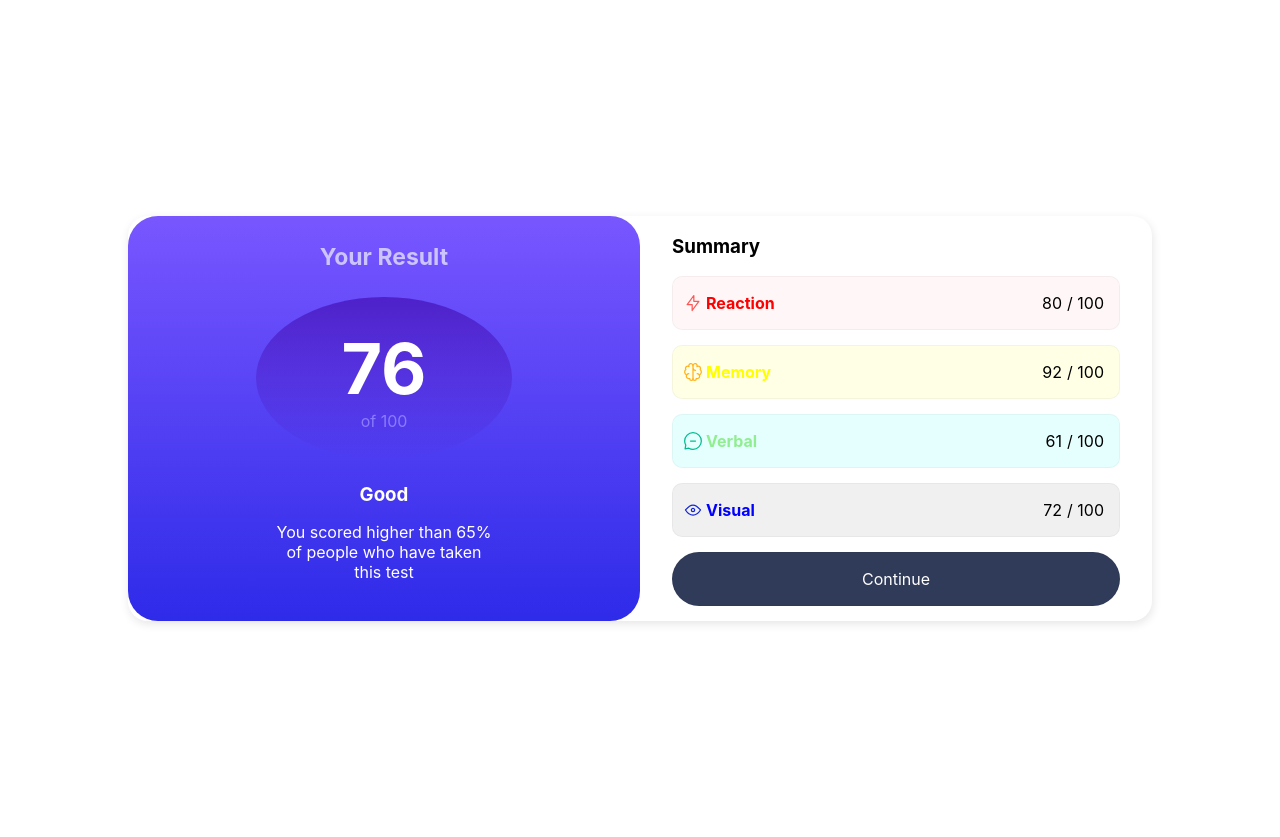
Repository: JeanPaulBassil/Result-Summary-Design
Page: /
An editor plug-in stored every save of this project. The page is shown before and after the next save, followed by the edit.
The browser window is 1280 px wide. The pictures show the whole page.
The project was rebuilt for these pictures with package versions that can differ from the ones it lists, and the page was loaded fresh each time.

Above is the page before, as saved 2023-02-24 18:23:19.

### src/index.css
body {
  margin: 0;
  font-family: -apple-system, BlinkMacSystemFont, 'Segoe UI', 'Roboto', 'Oxygen',
    'Ubuntu', 'Cantarell', 'Fira Sans', 'Droid Sans', 'Helvetica Neue',
    sans-serif;
  -webkit-font-smoothing: antialiased;
  -moz-osx-font-smoothing: grayscale;
}

code {
  font-family: source-code-pro, Menlo, Monaco, Consolas, 'Courier New',
    monospace;
}

.app{
  width: 80vw;
  height: 100vh;
  box-shadow: 1px 3px 10px rgba(0, 0, 0, .1);
  border-radius: 20px;
  display: block;
  margin: 30vh auto;
  display: grid;
  grid-template-columns: 1fr 1fr;
  height: auto;
}

@media (max-width: 1125){

}

### src/App.js
import Result from "./Components/Result/Result"
import Summary from "./Components/Summary/Summary"

export default function App() {
    return (
        <div className="app">
            <Result />
            <Summary />
        </div>
    )
};

### src/Components/Result/Result.js
import Description from "../Description/Description";
import Grade from "../Grade/Grade";
import data from "../../data.json";
import "./Result.css"

export default function Result() {
    const score = Math.floor(data.reduce((totalGrade, category) => totalGrade + category.score , 0) / data.length)

    return (
        <div className="result">
            <h3>Your Result</h3>
            <Grade score={score}/>
            <Description score={score}/>
        </div>
    )
};

### src/Components/Summary/Summary.js
import data from "../../data.json"
import './Summary.css'

export default function Summary() {
    const summary = data.map(part => {
        return (
            <div className={`part ${part.color}`}>
                <div>
                    <img className="icon" src={part.icon} alt={part.category}/>
                    <h4>{part.category}</h4>
                </div>
                <div className="secGrade">
                    <p>{part.score}</p>
                    <p>/ 100</p>
                </div>
            </div>
        )
    })

    return (
        <div className="summary">
            <h3>Summary</h3>
            <div>
                {summary}
            </div>
            <div className="button">
                <p>Continue</p>
            </div>
        </div>
    )
};

### src/Components/Description/Description.js
import "./Description.css"

export default function Description({score}) {
    const performance = _ => {
        if (score >= 90) return ['Excellent', `You scored higher than 85% of people who have taken this test`]
        else if (score >= 80) return ['Great', `You scored higher than 75% of people who have taken this test`]
        else if (score >= 70) return ['Good', `You scored higher than 65% of people who have taken this test`]
        else if (score >= 60) return ['Not enough', `You're above nearly half the people who have taken this test`]
        else return ['Fail', `Most people who have taken this test passed over you`]
    }

    return (
        <div className="description">
            <h3>{performance()[0]}</h3>
            <p>{performance()[1]}</p>
        </div>
    )
};

### src/Components/Grade/Grade.js
import "./Grade.css"

export default function Grade({score}) {
    return (
        <div className="grade">
            <h1>{score}</h1>
            <p>of 100</p>
        </div>
    )
};

### src/data.json


[
  {
    "category": "Reaction",
    "score": 80,
    "icon": "./assets/images/icon-reaction.svg",
    "color": "red"
  },
  {
    "category": "Memory",
    "score": 92,
    "icon": "./assets/images/icon-memory.svg",
    "color": "yellow"
  },
  {
    "category": "Verbal",
    "score": 61,
    "icon": "./assets/images/icon-verbal.svg",
    "color": "green"
  },
  {
    "category": "Visual",
    "score": 72,
    "icon": "./assets/images/icon-visual.svg",
    "color": "blue"
  }
]

### src/Components/Result/Result.css
.result {
    display: grid;
    grid-template-rows: 1fr 2fr 2fr;
    align-items: center;
    justify-items: center;
    height: 100%;
    width: 100%;
    background-image: linear-gradient(to bottom,hsl(252, 100%, 67%), hsl(241, 81%, 54%));
    border-radius: 30px;
    color: white;
}

.result > h3 {
    font-size: 23px;
    color: #cbc4ff;
}

### src/Components/Summary/Summary.css
.part {
    display: flex;
    justify-content: space-between;
    border: 1px solid rgba(0, 0, 0, .04);
    margin-bottom: 15px;
    border-radius: 10px;
    padding: 0 10px;
}

.button {
    display: flex;
    justify-content: center;
    border: 1px solid rgba(0, 0, 0, .04);
    margin-bottom: 15px;
    border-radius: 50px;
    padding: 0 10px;
    background-color: #303b59;
    color: white

}

.button:hover {
    cursor: pointer;
}

.icon {
    margin-right: 3px
}

.summary {
    padding: 0 2rem;
    display: flex;
    flex-direction: column;
    justify-content: center;
}

.summary > h3 {
    align-self: flex-start;
}

.part > div {
    display: flex;
    align-items: center;
    justify-content: center;
}

.secGrade > p {
    /* display: inline; */
    margin-right: 5px;
}

.red {
    background-color: rgba(255, 0, 0, 0.03);
}

.red > div > h4 {
    margin: 0;
    color: red;
}

.yellow {
    background-color: rgba(255, 255, 0, 0.1);
}

.yellow > div > h4 {
    margin: 0;
    color: yellow;
}

.green {
    background-color: rgba(0, 255, 255, 0.1);
}

.green > div > h4 {
    margin: 0;
    color: lightgreen;
}

.blue {
    background-color: rgba(0, 0, 0, 0.06);
}

.blue > div > h4 {
    margin: 0;
    color: blue;
}

### src/Components/Description/Description.css
.description {
    display: flex;
    flex-direction: column;
    align-items: center;
    justify-content: center;
}

.description > p{
    inline-size: 220px;
    text-align: center;
}

.description > h3 {
    margin: 0;
}

### src/Components/Grade/Grade.css
.grade {
    display: flex;
    flex-direction: column;
    justify-content: center;
    align-items: center;
    background-image: linear-gradient(to bottom, hsla(256, 72%, 46%, 1), hsla(241, 72%, 46%, 0));
    border-radius: 50%;
    inline-size: 50%;
    block-size: 100%;
}

.grade > h1 {
    margin: 0;
    font-size: 70px;
}

.grade > p {
    margin: 0;
    color: #8a7cff;
}

Loaded but not shown: public/index.html (common file); src/index.js (common file)

After the next save:
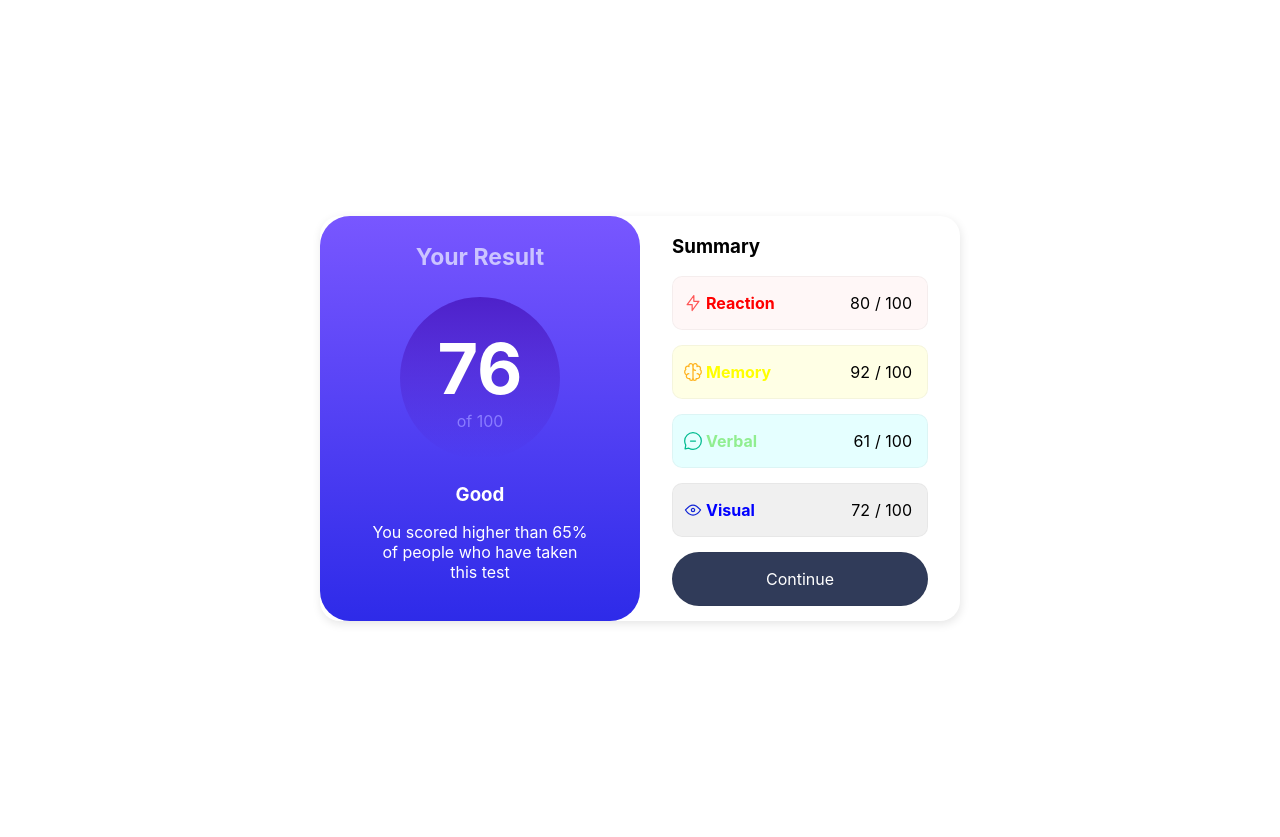
Saved 10 s later.
--- a/src/index.css
+++ b/src/index.css
@@ -13,7 +13,7 @@ code {
 }
 
 .app{
-  width: 80vw;
+  width: 50vw;
   height: 100vh;
   box-shadow: 1px 3px 10px rgba(0, 0, 0, .1);
   border-radius: 20px;
